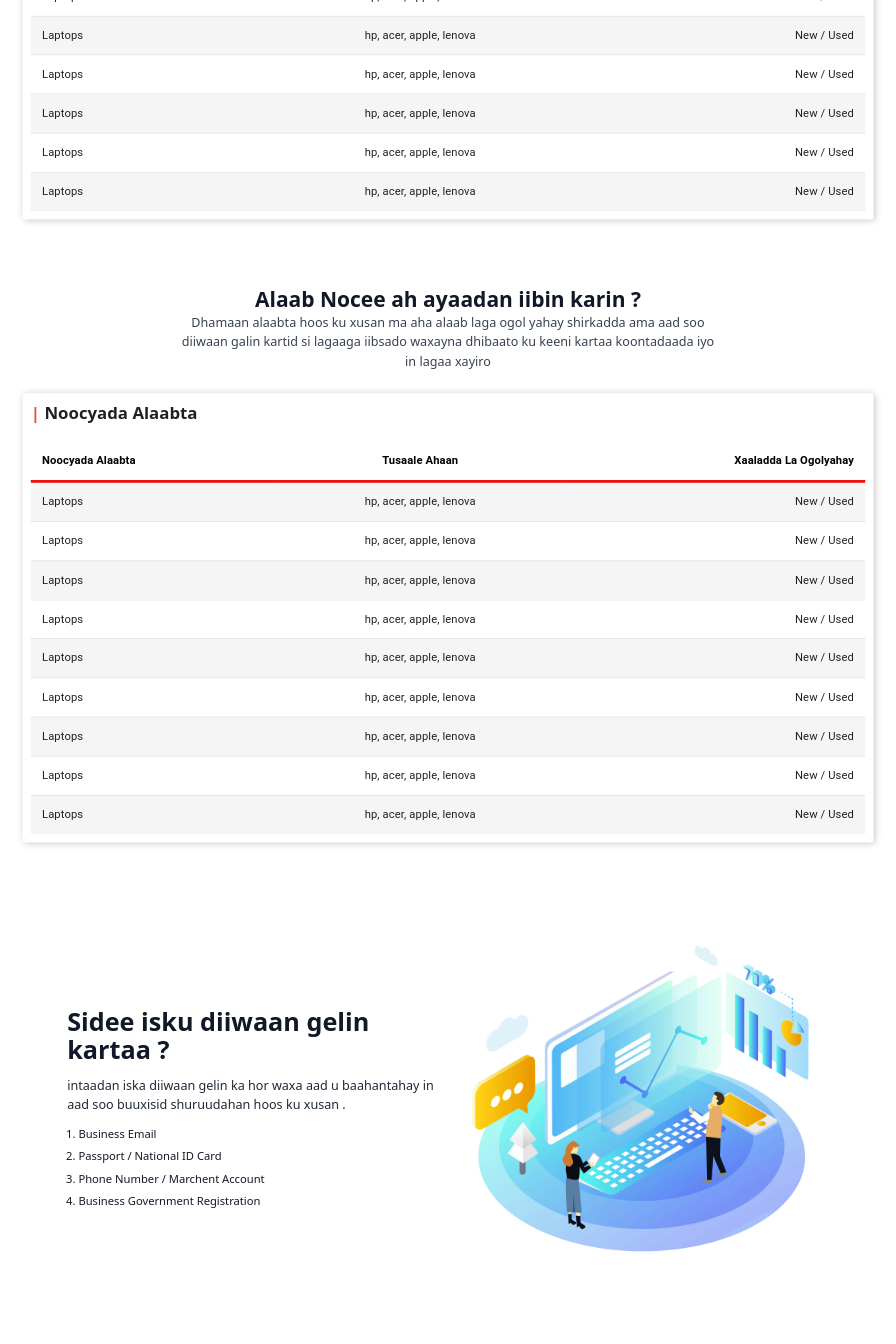
Repository: muraadso/Muraadso-Sellers
Page: /
An editor plug-in stored every save of this project. The page is shown before and after the next save, followed by the edit.
The browser window is 1280 px wide. The pictures show the part of the page from y = 2764 to 4684 px (the page is 4684 px tall before and 4540 px after), at 70% of full size.
The project was rebuilt for these pictures with package versions that can differ from the ones it lists, and the page was loaded fresh each time. The framework's server and built-in components were replaced by stand-ins that run in the browser. Also part of the build but not shown: next.config.js.

Above is the page before, as saved 2021-12-08 08:44:53.

### pages/_app.js
import '../styles/globals.css'
 import 'tailwindcss/tailwind.css'
import { Layout } from '../components/Layout'


function MyApp({ Component, pageProps }) {
  return (
    <Layout>
      <Component {...pageProps} />
    </Layout>
  )
}

export default MyApp

### pages/index.js
import Head from 'next/head'
import Image from 'next/image'
import Hero from '../components/Hero'
import About from '../components/About'
import Howtoreg from '../components/Howtoreg'
import Whatsell from '../components/Whatsell'
import styles from '../styles/Home.module.css'
import { How } from '../components/How'
import { style } from '@mui/system'


export default function Home() {
  return (
    <div className={styles.container}>
      <Head>
        <title>Muraadso Sellers</title>
        <meta name="description" content="Generated by create next app" />
        <link rel="icon" href="/favicon.ico" />
      </Head>
      <Hero />
      <About />
      <How />
      <Whatsell />
      <Howtoreg />
    </div>
  )
}

### styles/globals.css
@import url('https://fonts.googleapis.com/css2?family=Lato:ital,wght@0,300;0,400;0,700;0,900;1,700&family=Poppins:wght@200;300;400;500;600;700&display=swap');
html,
body {
  padding: 0;
  margin: 0;
}

a {
  color: inherit;
  text-decoration: none;
}

* {
  box-sizing: border-box;
}


.navbar {
  box-shadow: 2px 1px 7px rgba(0, 0, 0, 0.226);
  font-family: 'Poppins', sans-serif  ;
  font-weight: 500;

}
  .logo{
    font-family: 'Lato', sans-serif;
    font-weight: 700;
    color: rgb(233, 59, 59);
    font-size: 20px ;
  }
  .how-card{
    position: relative;
    box-shadow: 0 2px 10px rgba(0, 0, 0, 0.336) ;
  }





@media screen and  (max-width: 768px){
  .nav{
    padding-top: 40px;
    display: flex;
    flex-direction: column;

  }

  .how-card{
  margin-bottom: 25px;
}

.tablle{
  margin-bottom: 90px;
}
.tablle2{

}
 TableContainer{
   background-color: red;
   display: hidden;
 }

}




@tailwind base;
@tailwind components;
@tailwind utilities

### components/Layout.js
import Navbar from "./Navbar"
import Footer from "./Footer"

export const Layout = ({children}) => {
    return (
        <div className="layout">
            <Navbar />
                {children}
            <Footer />



        </div>
    )
}

### components/Hero.jsx
const Hero = () => {
    return (
        <div className="md:grid-cols-2 md:grid md:mt-11 hero">
                <div className="md:px-16 md:py-36 py-11 herotxt">
                    <h6 className="px-2 font-medium text-gray-500">ku iibi muraadso</h6>
                    <h1 className="my-5 text-3xl font-bold text-gray-800 capitalize md:font-bold md:text-gray-800 md:capitalize lg:text-6xl">sidee ugu iibin krtaa <br /> alaabtaada <span  className="text-red-600 md:text-red-600">muraadso</span></h1>

                    <p className="text-gray-700 md:text-left">
                         Whether you’ve already got an established e-commerce business , a great idea for a new product, or you just have a passion for selling, here’s how to take that next step with Muraadso </p>
                </div>

                <div className="heroimg">
                    <img className="w-4/4 "  src="/images/heroimage.png" alt="heroimage" />
                </div>
        </div>
    )
}

export default Hero

### components/About.jsx

const About = () => {
    return (
        <div className="mt-32">
            <h1 className="text-3xl font-bold text-center">Ku Iibso Muraadso</h1>
            <div className="gap-0 md:px-16 md:grid-cols-2 md:grid about-content">
                <div className="mt-12 aboutimg">
                  <img src="/images/aboutimage.png" className="md:h-96" alt="about image" />
                </div>
                <div className="md:mt-20 mt-11 about-text">
                    <p className="text-xl text-justify">
                        Muraadso waa hogaanka suuqa casriga ee online waana suuq aad ku iibin kartid alaabtaada, ahaw ganacsade alaabta sameeya, mid soo dajiya, si fudud ayaad ugu iibin kartaa suuqa casriga muraadso, sidoo kale ka mid noqo ganacsiyada shabakada internet ku iibiya alaabaha adiga oon ku kharash badan galin, kana faa’idaysanaya khubarada team ka muraadso helayana tobabaro iyo caawimo sidaad ugu iibin lahayd muraadso dhexdeeda Ku dhex iibta muraadso waa wax fudud sidoo kalena kharash yari kaaga bixi karo ama wax kharash ahi kaa baxayn, kaliya waxa lagaaga bahanyay in aad is diwaan galisid, kuna gurtid alaabta aad haysid online shirkada sidaana aad ku bilawdid iibka alaabtaada....<span className="text-red-600">Read More</span>
                    </p>
                </div>


            </div>
        </div>
    )
}

export default About

### components/Howtoreg.jsx
import React from 'react'

const Howtoreg = () => {
  return (
    <div className="flex flex-col md:flex-row md:p-16 howtoreg">
      <div className="grid items-center justify-between md:grid-cols-2 registerdoc">
        <div className="space-y-4 regcontent">
          <h1 className="text-xl font-bold text-gray-900 md:text-4xl">Sidee isku diiwaan gelin kartaa ?</h1>
          <p className="text-lg text-gray-800 ">intaadan iska diiwaan gelin ka hor waxa aad u baahantahay in aad
            soo buuxisid shuruudahan hoos ku xusan .</p>
            <ol className="ml-4 space-y-2 font-medium text-gray-900 list-decimal">
              <li>Business Email</li>
              <li>Passport / National ID Card</li>
              <li>Phone Number / Marchent Account </li>
              <li>Business Government Registration</li>
            </ol>
        </div>
        <div className="flex items-center justify-end regimage">
          <img className="regimage" src="/images/registrationn.png" alt="" />
        </div>

      </div>


    </div>
  )
}

export default Howtoreg

### components/Whatsell.jsx
import * as React from 'react';
import { styled } from '@mui/material/styles';
import Table from '@mui/material/Table';
import TableBody from '@mui/material/TableBody';
import TableCell, { tableCellClasses } from '@mui/material/TableCell';
import TableContainer from '@mui/material/TableContainer';
import TableHead from '@mui/material/TableHead';
import TableRow from '@mui/material/TableRow';
import Paper from '@mui/material/Paper';

const StyledTableCell = styled(TableCell)(({ theme }) => ({

  [`&.${tableCellClasses.head}`]: {
    backgroundColor: theme.palette.common.white,
    color: theme.palette.common.black,
    borderBottom: '4px solid rgb(240, 17, 17)' ,
    fontSize: '16px',
    fontWeight: '600',

  },
  [`&.${tableCellClasses.body}`]: {
    fontSize: 16,
  },
}));

const StyledTableRow = styled(TableRow)(({ theme }) => ({
  '&:nth-of-type(odd)': {
    backgroundColor: theme.palette.action.hover,


  },
  // hide last border
  '&:last-child td, &:last-child th': {
    border: 0,
  },
}));





function createData(noocaAlaabta, tusaale, xaaladda) {
  return { noocaAlaabta, tusaale, xaaladda };
}

const rows = [
  createData('Laptops', 'hp, acer, apple, lenova ', 'New / Used'),
  createData('Laptops', 'hp, acer, apple, lenova ', 'New / Used'),
  createData('Laptops', 'hp, acer, apple, lenova ', 'New / Used'),
  createData('Laptops', 'hp, acer, apple, lenova ', 'New / Used'),
  createData('Laptops', 'hp, acer, apple, lenova ', 'New / Used'),
  createData('Laptops', 'hp, acer, apple, lenova ', 'New / Used'),
  createData('Laptops', 'hp, acer, apple, lenova ', 'New / Used'),
  createData('Laptops', 'hp, acer, apple, lenova ', 'New / Used'),
  createData('Laptops', 'hp, acer, apple, lenova ', 'New / Used'),

];

export default function Whatsell() {
  return (
      <>
    <div className="flex flex-col items-center md:justify-center tablle ">
                <h1 className="text-xl font-bold text-center text-gray-900 md:text-3xl">Alaab Nocee ah ayaad iibin kartaa ?</h1>
                <p className="max-w-3xl mb-8 text-sm text-center text-gray-700 md:text-lg">Waxay ku xirantahy alaabta noceeda, xaaladda alaabta, Category-ga, iyo Brand-ka .
                table-ka hoos ku xusan waxa uu kutusayaa Categoriyada shirkaddu ay ogoshahay iibintooda
                iyo kuwa aysan ogolayn xaaladaha lagu iibinkaro </p>

            <TableContainer className="mw-screen-lg TableContainer" component={Paper} sx={{ padding: "12px", maxWidth: 1500, boxShadow: '2px 1px 11px rgba(0, 0, 0, 0.226)' }}>
        <h1 className="mb-6 text-2xl font-bold "> <span className="font-black text-red-500 ">|</span> Noocyada Alaabta</h1>
      <Table sx={{ minWidth: 700 }} aria-label="customized table">
        <TableHead>
          <TableRow>
            <StyledTableCell>Noocyada Alaabta</StyledTableCell>
            <StyledTableCell align="center"> Tusaale Ahaan</StyledTableCell>
            <StyledTableCell align="right">Xaaladda La Ogolyahay</StyledTableCell>
          </TableRow>
        </TableHead>
        <TableBody>
          {rows.map((row) => (
            <StyledTableRow key={row.noocaAlaabta} sx={{backgroundColor: 'white'}}>
              <StyledTableCell component="th" scope="row">
                {row.noocaAlaabta}
              </StyledTableCell>
              <StyledTableCell   align="center">{row.tusaale}</StyledTableCell>
              <StyledTableCell align="right">{row.xaaladda}</StyledTableCell>
            </StyledTableRow>
          ))}
        </TableBody>
      </Table>
    </TableContainer>

    </div>

    <div className="flex flex-col items-center justify-center mt-24 tablle2 mb-11">
            <h1 className="text-xl font-bold text-center text-gray-900 md:text-3xl">Alaab Nocee ah ayaadan iibin karin ?</h1>
            <p className="max-w-3xl mb-8 text-sm text-center text-gray-700 md:text-lg">Dhamaan alaabta hoos ku xusan ma aha alaab laga ogol yahay shirkadda
                ama aad soo diiwaan galin kartid si lagaaga iibsado waxayna dhibaato
                ku keeni kartaa koontadaada iyo in lagaa xayiro</p>

            <TableContainer className="" component={Paper} sx={{ padding: "12px", maxWidth: 1400, boxShadow: '2px 1px 11px rgba(0, 0, 0, 0.226)' }}>
                        <h1 className="mb-6 text-2xl font-bold"> <span className="font-black text-red-500 ">|</span> Noocyada Alaabta</h1>
      <Table sx={{ minWidth: 700 }} aria-label="customized table">
        <TableHead className="" >
          <TableRow className="">
            <StyledTableCell>Noocyada Alaabta</StyledTableCell>
            <StyledTableCell align="center"> Tusaale Ahaan</StyledTableCell>
            <StyledTableCell align="right">Xaaladda La Ogolyahay</StyledTableCell>
          </TableRow>
        </TableHead>
        <TableBody>
          {rows.map((row) => (
            <StyledTableRow key={row.noocaAlaabta} sx={{backgroundColor: 'white'}}>
              <StyledTableCell  component="th" scope="row">
                {row.noocaAlaabta}
              </StyledTableCell>
              <StyledTableCell   align="center">{row.tusaale}</StyledTableCell>
              <StyledTableCell align="right">{row.xaaladda}</StyledTableCell>
            </StyledTableRow>
          ))}
        </TableBody>
      </Table>
    </TableContainer>

    </div>

     </>
  );
}

### components/How.jsx
export const How = () => {
    return (
        <div className="flex flex-col items-center justify-center mt-32 mb-24 how md:gap-y-4 gap-y-11">
            <div className="howheader">
            <h2 className="text-4xl font-bold text-center">Sidee u shaqaysaa</h2>
            <p className="mt-2 text-lg text-center text-gray-600">habka uu ushaqeeyo adeegan waa sidatan hoos ku xusan</p>
            </div>
            <div className="h-full md:p-16 md:gap-4 gap-72 md:grid-cols-4 md:grid howsteps">

                <div className="relative max-h-full p-6 bg-white border-4 border-red-400 rounded how-card ">
                    <div className="flex items-center justify-center my-4 card-icon ">
                        <img  src="./icons/register.png" alt="register" />

                    </div>
                    <div className="mb-4 text-xl text-center text-gray-800 cardbody">
                        Macmiil iska diiwaan geli adeega, 24h kadib waxad helaysa fariin ah in lagu aqbalay
                    </div>
                    <div className="absolute flex items-center justify-center w-10 h-10 font-bold text-red-500 bg-white border-2 border-red-500 rounded-full md:left-36 -bottom-5 md:left-40 left-36 place-content-center card-number"> <h2>1</h2></div>
                </div>


                <div className="relative max-h-full p-6 bg-white border-4 border-red-400 rounded how-card ">
                    <div className="flex items-center justify-center my-4 card-icon ">
                        <img className="h-24"  src="./icons/features.png" alt="register" />
                    </div>
                    <div className="mb-4 text-xl text-center text-gray-800 cardbody">
                        Macmiil iska diiwaan geli adeega, 24h kadib waxad helaysa fariin ah in lagu aqbalay
                    </div>
                    <div className="absolute flex items-center justify-center w-10 h-10 font-bold text-red-500 bg-white border-2 border-red-500 rounded-full md:left-36 -bottom-5 md:left-40 left-36 place-content-center card-number"> <h2>2</h2></div>
                </div>




                <div className="relative max-h-full p-6 bg-white border-4 border-red-400 rounded how-card ">
                    <div className="flex items-center justify-center my-4 card-icon ">
                        <img className="h-24"  src="./icons/verified.png" alt="register" />

                    </div>
                    <div className="mb-4 text-xl text-center text-gray-800 cardbody">
                        Macmiil iska diiwaan geli adeega, 24h kadib waxad helaysa fariin ah in lagu aqbalay
                    </div>
                    <div className="absolute flex items-center justify-center w-10 h-10 font-bold text-red-500 bg-white border-2 border-red-500 rounded-full md:left-36 -bottom-5 md:left-40 left-36 place-content-center card-number"> <h2>3</h2></div>
                </div>


                <div className="relative max-h-full p-6 bg-white border-4 border-red-400 rounded how-card ">
                    <div className="flex items-center justify-center my-4 card-icon ">
                        <img className="h-24"  src="./icons/givemoney.png" alt="register" />

                    </div>
                    <div className="mb-4 text-xl text-center text-gray-800 cardbody">
                        Macmiil iska diiwaan geli adeega, 24h kadib waxad helaysa fariin ah in lagu aqbalay
                    </div>
                    <div className="absolute flex items-center justify-center w-10 h-10 font-bold text-red-500 bg-white border-2 border-red-500 rounded-full md:left-36 -bottom-5 md:left-40 left-36 place-content-center card-number"> <h2>4</h2></div>
                </div>

            </div>
            <p className="text-center text-gray-800">Wixii faahfaahin ah waxaad kala xiriiri kartaa lambaradan hoos kuugu xusan</p>
            <a className="font-medium text-red-600" href="#">+252 63 3333471</a>

        </div>
    )
}

### components/Navbar.jsx
import React, { useState } from "react";
import { HiOutlineMenuAlt2, HiOutlineMenuAlt3 } from "react-icons/hi";



export default function Navbar() {
  const [showNav, setShowNav] = useState(false);

  return (
    <nav className="sticky top-0 z-20 items-center justify-between bg-white px-14 md:px-24 md:py-3 navbar md:flex">
      <div className="flex items-center justify-between">
        <a href="#">
          <h2>Muraadso</h2>
        </a>


        {showNav ? (
          <HiOutlineMenuAlt3
            onClick={() => setShowNav(!showNav)}
            className="block w-10 h-10 p-2 cursor-pointer md:hidden" />

        ) : (
          <HiOutlineMenuAlt2
            onClick={() => setShowNav(!showNav)}
            className="block w-10 h-10 p-2 cursor-pointer md:hidden"
          />
        )}
      </div>

      <ul
        className={
          (showNav ? "left-0" : "-left-full") +
          " md:static fixed bottom-0 md:ml-24 top-14 md:flex md:space-x-6 items-center md:bg-transparent bg-gray-700 rounded md:rounded-none md:bg-white bg-opacity-90 md:w-auto w-10/12 md:text-gray-800 text-white  md:space-y-0 space-y-5 p-2 transition-left nav"
        }
      >
        <a href="#"> Home</a>
        <a href="#"> About</a>
        <a href="#"> Doc</a>
        <a href="#"> Contact Us</a>
      <a className="px-4 py-2 text-white bg-red-600 rounded" href="">Signup</a>
      </ul>
    </nav>
  );
}

























// const Navbar = () => {
//     return (
//         <div>
//      <div className="sticky top-0 z-20 items-center justify-between bg-white md:flex navbar">
//          <a className="logo" href="#">Muraadso</a>
//          <nav className="fixed bottom-0 items-center w-10/12 p-2 space-y-5 text-white bg-gray-500 md:static top-12 md:flex md:space-x-7 md:bg-transparent bg-opacity-90 md:w-auto md:text-gray-500 md:space-y-0 transition-left nav">
//              <a className="hover:text-red-600" href="">Home</a>
//              <a className="hover:text-red-600" href="">About</a>
//              <a className="hover:text-red-600" href="">Doc</a>
//              <a className="hover:text-red-600" href="">Contact Us</a>
//          </nav>
//          <a href="#" className="px-4 py-2 text-white bg-red-600 rounded hover:bg-red-700 signup ">Signup</a>
//      </div>

//         </div>
//     )
// }

// export default Navbar

### components/Footer.jsx
const Footer = () => {
    return (
        <div>
        </div>
    )
}

export default Footer

### tailwind.config.js
module.exports = {
   purge: ['./pages/**/*.{js,ts,jsx,tsx}', './components/**/*.{js,ts,jsx,tsx}'],
  darkMode: false, // or 'media' or 'class'
  theme: {
    extend: {
      transitionProperty: {
         'left': 'left',
        }
    },

  },
  variants: {
    extend: {},
  },
  plugins: [],
}

Loaded but not shown: pages/api/hello.js (common file); styles/Home.module.css (common file)

After the next save:
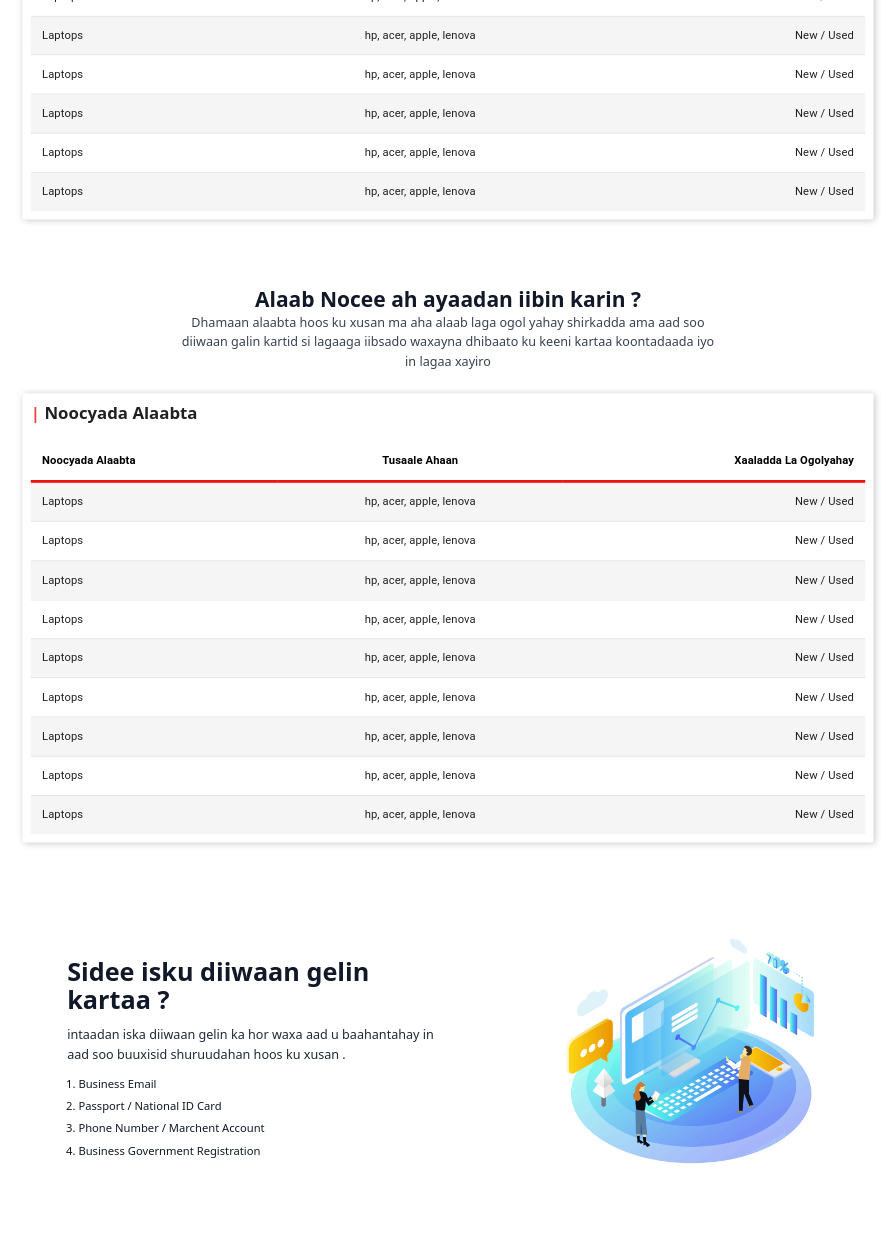
Saved 19 s later.
--- a/styles/globals.css
+++ b/styles/globals.css
@@ -31,7 +31,9 @@ a {
     position: relative;
     box-shadow: 0 2px 10px rgba(0, 0, 0, 0.336) ;
   }
-
+  .regimage{
+    height: 400px;
+  }
 
 
 
